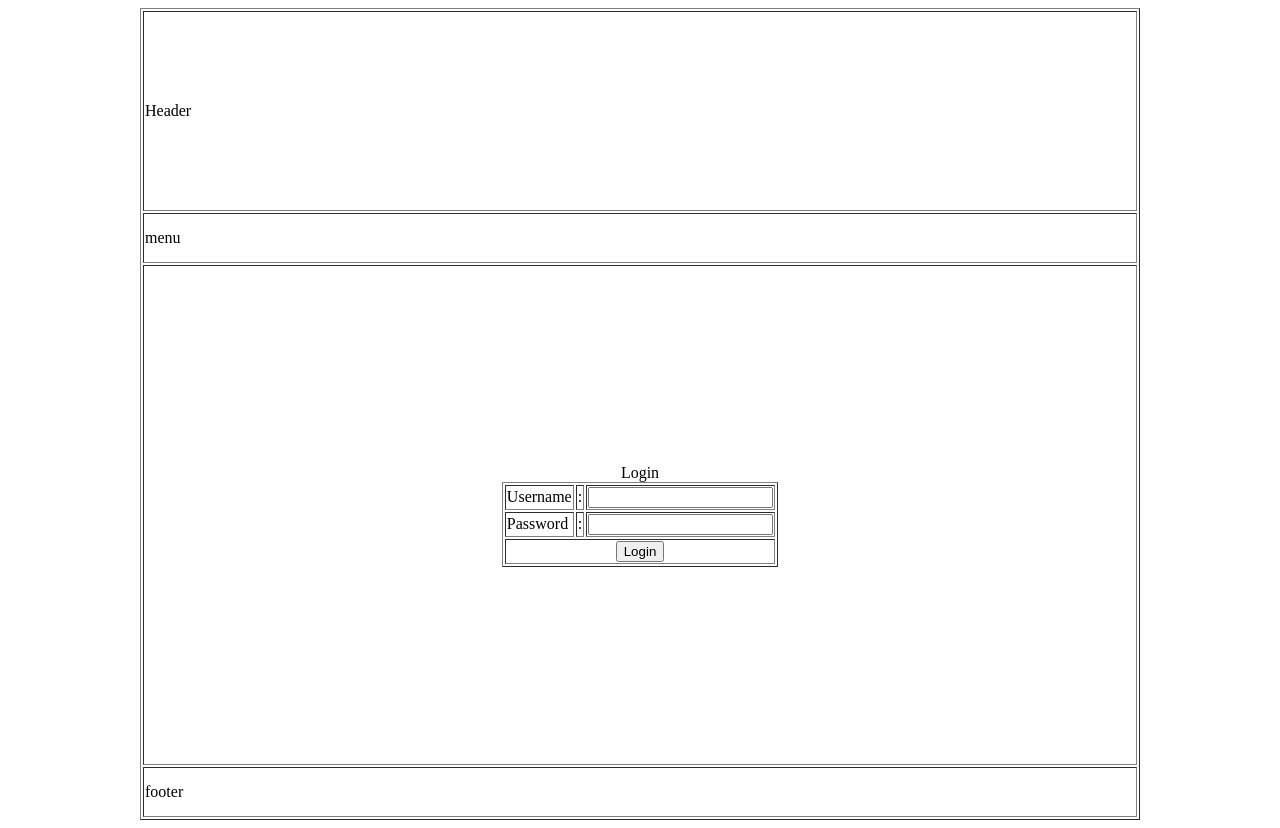
Repository: PraveenRavipati/MyWork
Page: Java/workspaces/office Java WorkScapces/training/LoginProperty/WebContent/LoginErr.html
An editor plug-in stored every save of this project. The page is shown before and after the next save, followed by the edit.
The browser window is 1280 px wide. The pictures show the whole page.

Above is the page before, as saved 2014-06-05 05:20:57.

### Java/workspaces/office Java WorkScapces/training/LoginProperty/WebContent/LoginErr.html
<!DOCTYPE html PUBLIC "-//W3C//DTD HTML 4.01 Transitional//EN" "http://www.w3.org/TR/html4/loose.dtd">
<html>
<head>
<meta http-equiv="Content-Type" content="text/html; charset=UTF-8">
<title>Insert title here</title>
</head>
<body>
    <table border="1" width="1000" align="center">
        <tr height="200">
            <td>Header</td>
        </tr>
        <tr height="50">
            <td>menu</td>
        </tr>
        <tr height="500">
            <td>
            <form action="./Login" method="get">
            <table align="center" border="1">
            <caption>Login</caption>
                <tr>
                    <td>Username</td>
                    <td>:</td>
                    <td><input type="text" name="uname"></td>
                </tr>
                <tr>
                    <td>Password</td>
                    <td>:</td>
                    <td><input type="password" name="pwd"></td>
                </tr>
                <tr>
                    <td colspan="3" align="center"><input type="submit" value="Login"></td>
                </tr>
                </table>
                </form>
                </td>
        </tr>
        <tr height="50">
            <td>footer</td>
        </tr>
    </table>
</body>
</html>

After the next save:
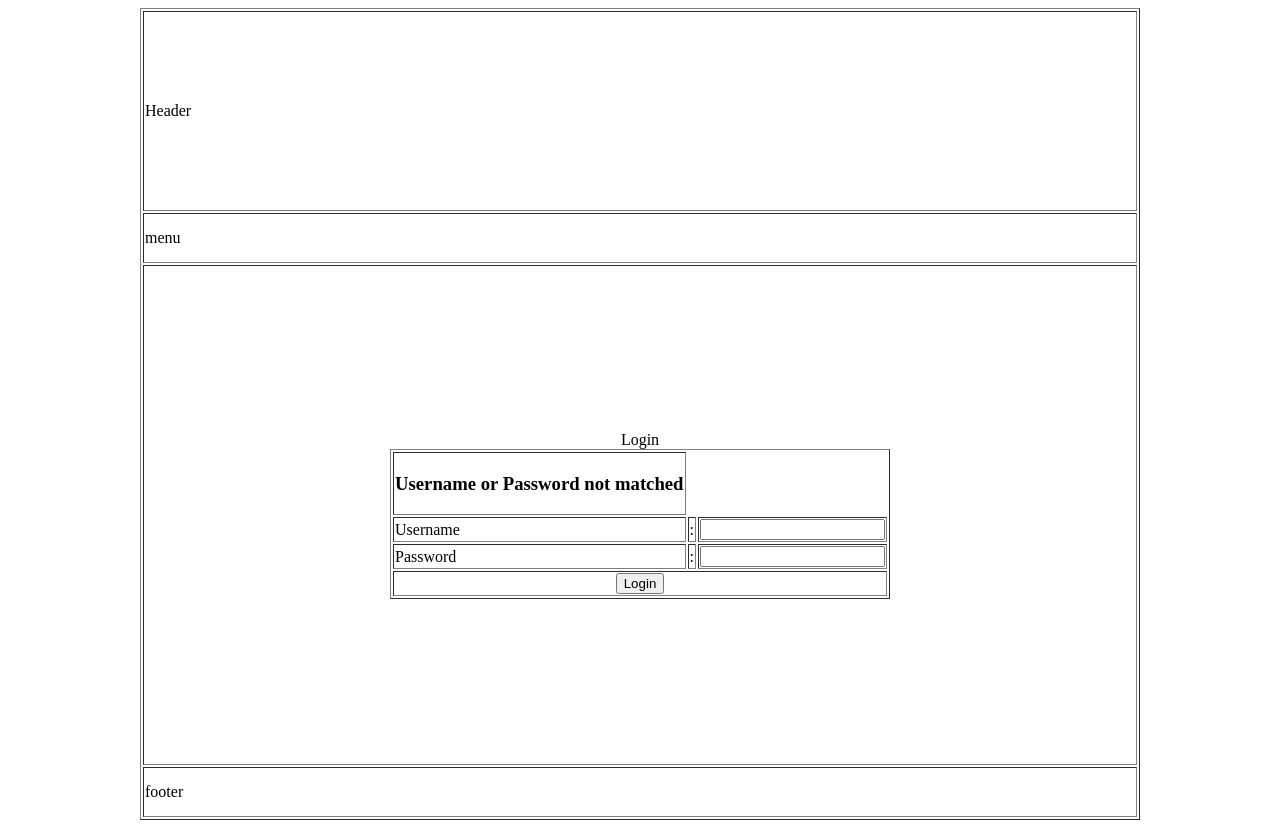
Saved 3 min 48 s later.
--- a/Java/workspaces/office Java WorkScapces/training/LoginProperty/WebContent/LoginErr.html
+++ b/Java/workspaces/office Java WorkScapces/training/LoginProperty/WebContent/LoginErr.html
@@ -17,6 +17,9 @@
             <form action="./Login" method="get">
             <table align="center" border="1">
             <caption>Login</caption>
+                <tr>
+                <td><h3 id="notMatch">Username or Password not matched</h3></td>
+                </tr>
                 <tr>
                     <td>Username</td>
                     <td>:</td>
